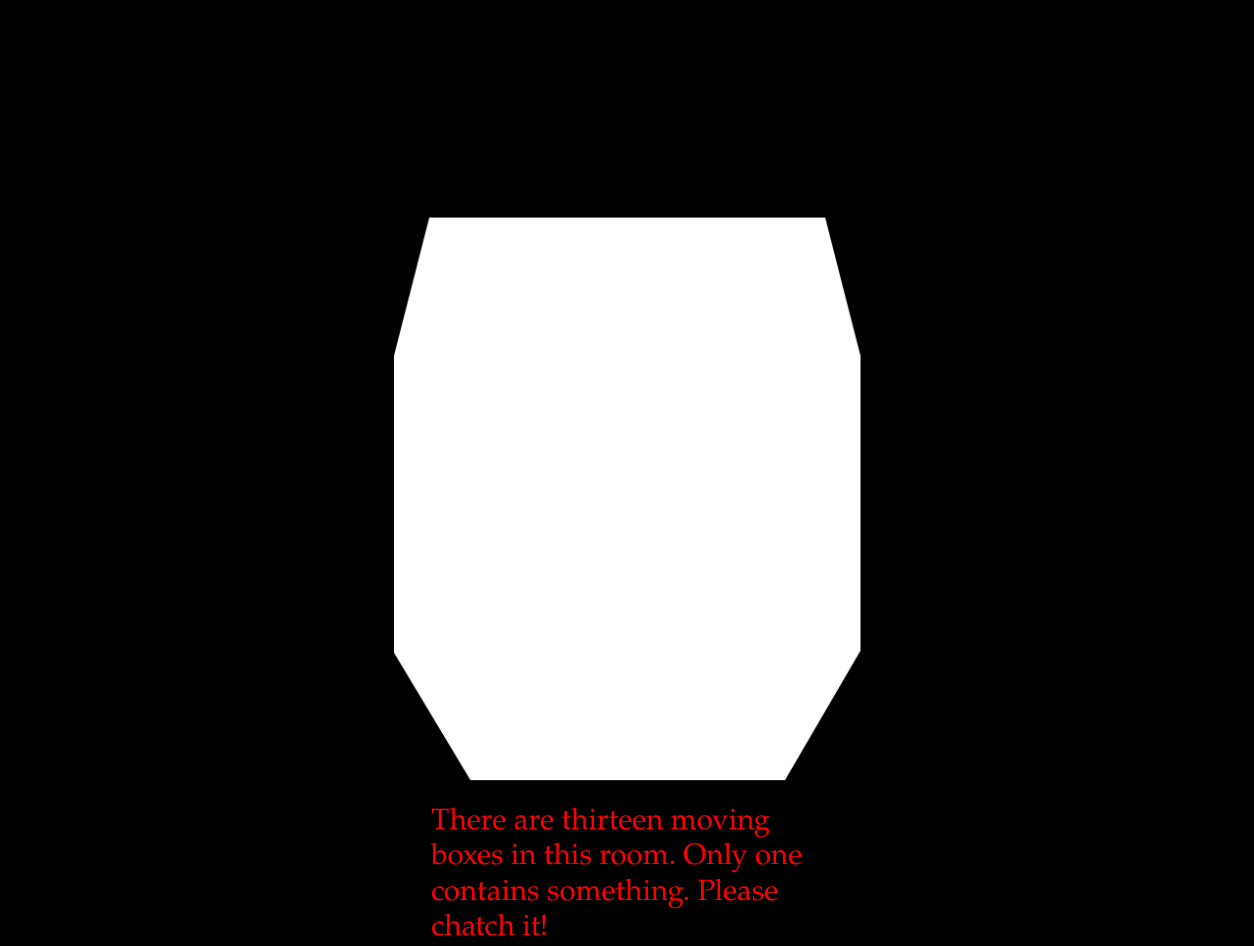
Repository: yiy225/yiy225.github.io
Page: final/b1.html
The author's editor kept a record of every edit. The page is drawn from the files as they stood at one moment, then again after the next edit.
The browser window is 1280 px wide. The pictures show the whole page, at 98% of full size.

Above is the page before.

### final/b1.html
<!DOCTYPE html>
<html>
   <head>
        <title>The Dance of Death</title>
        <link href="styles b.css" rel="stylesheet">
    </head>
    <body>
     <div class= div1></div>

     <div class= div2>
         <a herf= "page7" class= b1></a>
         <div class= b2></div>
         <div class= b3></div>
         <div class= b4></div>
         <div class= b5></div>
         <div class= b6></div>
         <div class= b7></div>
         <div class= b8></div>
         <div class= b9></div>
         <div class= b10></div>
         <div class= b11></div>
         <div class= b12></div>
         <div class= b13></div>
         <br>
         <br>
         <br>
         <br>
         <br>
         <br>
         <br>
         <br>
         <div class= c1>
         There are thirteen moving boxes in this room. Only one contains something. Please chatch it!
         </div>
         </div>

    </body>
</html>

### final/styles b.css
body {
    background-color: black;
    font-size: 30px;
    font-family: Garamond, serif;
    text-align: center;
    color: red;
}


.div1 {
    margin: 0px auto;
    width: 200px;
    height: 200px ;
    text-align: center;
    margin-left: auto;
    margin-right: auto;

}

.div2 {
    background-image: url(b.jpg);
    height: 600px;
    width: 800px;
    z-index: 100;
    margin-left: auto;
    margin-right: auto;
    text-align: left;

}

.b1 {
  background-color: black;
  display: block;
  width: 25px;
  height: 25px;
  position: relative;
  text-align: center;
  -webkit-animation: mymove1 14s linear 0s infinite alternate; /* Chrome, Safari, Opera */
  animation: mymove 14s linear 0s infinite alternate;
}

/* Chrome, Safari, Opera */
@-webkit-keyframes mymove1 {
  0% {left:420px; top:390px;}
  25% {left:160px; top:40px;}
  50% {left:260px; top:180px;}
  75% {left:610px; top:560px;}
  100% {left:590px; top:430px;}
}

/* Standard syntax */
@keyframes mymove1 {
  0% {left:420px; top:390px;}
  25% {left:160px; top:40px;}
  50% {left:260px; top:180px;}
  75% {left:610px; top:560px;}
  100% {left:590px; top:430px;}
}

.b2 {
  background-color: black;
  width: 25px;
  height: 25px;
  position: relative;
  text-align: center;
  -webkit-animation: mymove2 10s linear 0s infinite alternate; /* Chrome, Safari, Opera */
  animation: mymove 10s linear 0s infinite alternate;
}

/* Chrome, Safari, Opera */
@-webkit-keyframes mymove2 {
  0% {left:250px; top:580px;}
  25% {left:410px; top:230px;}
  50% {left:620px; top:560px;}
  75% {left:180px; top:20px;}
  100% {left:330px; top:90px;}
}

/* Standard syntax */
@keyframes mymove2 {
  0% {left:250px; top:580px;}
  25% {left:410px; top:230px;}
  50% {left:620px; top:560px;}
  75% {left:180px; top:20px;}
  100% {left:330px; top:90px;}
}

.b3 {
  background-color: black;
  width: 25px;
  height: 25px;
  position: relative;
  text-align: center;
  -webkit-animation: mymove3 8s linear 0s infinite alternate; /* Chrome, Safari, Opera */
  animation: mymove 8s linear 0s infinite alternate;
}

/* Chrome, Safari, Opera */
@-webkit-keyframes mymove3 {
  0% {left:210px; top:500px;}
  25% {left:190px; top:390px;}
  50% {left:620px; top:410px;}
  75% {left:590px; top:400px;}
  100% {left:260px; top:90px;}
}

/* Standard syntax */
@keyframes mymove3 {
  0% {left:210px; top:500px;}
  25% {left:190px; top:390px;}
  50% {left:620px; top:410px;}
  75% {left:590px; top:400px;}
  100% {left:260px; top:90px;}
}

.b4 {
  background-color: black;
  width: 25px;
  height: 25px;
  position: relative;
  text-align: center;
  -webkit-animation: mymove2 12s linear 0s infinite alternate; /* Chrome, Safari, Opera */
  animation: mymove 12s linear 0s infinite alternate;
}

/* Chrome, Safari, Opera */
@-webkit-keyframes mymove2 {
  0% {left:520px; top:80px;}
  25% {left:460px; top:290px;}
  50% {left:310px; top:50px;}
  75% {left:280px; top:120px;}
  100% {left:350px; top:530px;}
}

/* Standard syntax */
@keyframes mymove2 {
  0% {left:520px; top:80px;}
  25% {left:460px; top:290px;}
  50% {left:310px; top:50px;}
  75% {left:280px; top:120px;}
  100% {left:350px; top:530px;}
}

.b5 {
  background-color: black;
  width: 25px;
  height: 25px;
  position: relative;
  text-align: center;
  -webkit-animation: mymove3 7s linear 0s infinite alternate; /* Chrome, Safari, Opera */
  animation: mymove 7s linear 0s infinite alternate;
}

/* Chrome, Safari, Opera */
@-webkit-keyframes mymove3 {
  0% {left:590px; top:50px;}
  25% {left:290px; top:520px;}
  50% {left:490px; top:450px;}
  75% {left:160px; top:250px;}
  100% {left:230px; top:350px;}
}

/* Standard syntax */
@keyframes mymove3 {
  0% {left:590px; top:50px;}
  25% {left:290px; top:520px;}
  50% {left:490px; top:450px;}
  75% {left:160px; top:250px;}
  100% {left:230px; top:350px;}
}

.b6 {
  background-color: black;
  width: 25px;
  height: 25px;
  position: relative;
  text-align: center;
  -webkit-animation: mymove2 11s linear 0s infinite alternate; /* Chrome, Safari, Opera */
  animation: mymove 11s linear 0s infinite alternate;
}

/* Chrome, Safari, Opera */
@-webkit-keyframes mymove2 {
  0% {left:340px; top:50px;}
  25% {left:210px; top:290px;}
  50% {left:510px; top:490px;}
  75% {left:410px; top:160px;}
  100% {left:230px; top:580px;}
}

/* Standard syntax */
@keyframes mymove2 {
  0% {left:340px; top:50px;}
  25% {left:210px; top:290px;}
  50% {left:510px; top:490px;}
  75% {left:410px; top:160px;}
  100% {left:230px; top:580px;}
}

.b7 {
  background-color: black;
  width: 25px;
  height: 25px;
  position: relative;
  text-align: center;
  -webkit-animation: mymove3 9s linear 0s infinite alternate; /* Chrome, Safari, Opera */
  animation: mymove 9s linear 0s infinite alternate;
}

/* Chrome, Safari, Opera */
@-webkit-keyframes mymove3 {
  0% {left:440px; top:520px;}
  25% {left:220px; top:40px;}
  50% {left:610px; top:360px;}
  75% {left:340px; top:480px;}
  100% {left:210px; top:260px;}
}

/* Standard syntax */
@keyframes mymove3 {
  0% {left:440px; top:520px;}
  25% {left:220px; top:40px;}
  50% {left:610px; top:360px;}
  75% {left:340px; top:480px;}
  100% {left:210px; top:260px;}
}

.b8 {
  background-color: black;
  width: 25px;
  height: 25px;
  position: relative;
  text-align: center;
  -webkit-animation: mymove2 13s linear 0s infinite alternate; /* Chrome, Safari, Opera */
  animation: mymove 13s linear 0s infinite alternate;
}

/* Chrome, Safari, Opera */
@-webkit-keyframes mymove2 {
  0% {left:350px; top:190px;}
  25% {left:430px; top:560px;}
  50% {left:460px; top:120px;}
  75% {left:170px; top:280px;}
  100% {left:640px; top:370px;}
}

/* Standard syntax */
@keyframes mymove2 {
  0% {left:350px; top:190px;}
  25% {left:430px; top:560px;}
  50% {left:460px; top:120px;}
  75% {left:170px; top:280px;}
  100% {left:640px; top:370px;}
}

.b9 {
  background-color: black;
  width: 25px;
  height: 25px;
  position: relative;
  text-align: center;
  -webkit-animation: mymove3 14s linear 0s infinite alternate; /* Chrome, Safari, Opera */
  animation: mymove 14s linear 0s infinite alternate;
}

/* Chrome, Safari, Opera */
@-webkit-keyframes mymove3 {
  0% {left:240px; top:70px;}
  25% {left:490px; top:530px;}
  50% {left:390px; top:390px;}
  75% {left:210px; top:110px;}
  100% {left:330px; top:550px;}
}

/* Standard syntax */
@keyframes mymove3 {
  0% {left:240px; top:70px;}
  25% {left:490px; top:530px;}
  50% {left:390px; top:390px;}
  75% {left:210px; top:110px;}
  100% {left:330px; top:550px;}
}

.b10 {
  background-color: black;
  width: 25px;
  height: 25px;
  position: relative;
  text-align: center;
  -webkit-animation: mymove2 10s linear 0s infinite alternate; /* Chrome, Safari, Opera */
  animation: mymove 10s linear 0s infinite alternate;
}

/* Chrome, Safari, Opera */
@-webkit-keyframes mymove2 {
  0% {left:450px; top:520px;}
  25% {left:300px; top:320px;}
  50% {left:180px; top:10px;}
  75% {left:600px; top:480px;}
  100% {left:230px; top:100px;}
}

/* Standard syntax */
@keyframes mymove2 {
  0% {left:450px; top:520px;}
  25% {left:300px; top:320px;}
  50% {left:180px; top:10px;}
  75% {left:600px; top:480px;}
  100% {left:230px; top:100px;}
}

.b11 {
  background-color: black;
  width: 25px;
  height: 25px;
  position: relative;
  text-align: center;
  -webkit-animation: mymove3 16s linear 0s infinite alternate; /* Chrome, Safari, Opera */
  animation: mymove 16s linear 0s infinite alternate;
}

/* Chrome, Safari, Opera */
@-webkit-keyframes mymove3 {
  0% {left:340px; top:580px;}
  25% {left:380px; top:420px;}
  50% {left:190px; top:30px;}
  75% {left:470px; top:300px;}
  100% {left:200px; top:550px;}
}

/* Standard syntax */
@keyframes mymove3 {
  0% {left:340px; top:580px;}
  25% {left:380px; top:420px;}
  50% {left:190px; top:30px;}
  75% {left:470px; top:300px;}
  100% {left:200px; top:550px;}
}

.b12 {
  background-color: black;
  width: 25px;
  height: 25px;
  position: relative;
  text-align: center;
  -webkit-animation: mymove2 13s linear 0s infinite alternate; /* Chrome, Safari, Opera */
  animation: mymove 13s linear 0s infinite alternate;
}

/* Chrome, Safari, Opera */
@-webkit-keyframes mymove2 {
  0% {left:600px; top:260px;}
  25% {left:520px; top:430px;}
  50% {left:590px; top:240px;}
  75% {left:230px; top:190px;}
  100% {left:280px; top:540px;}
}

/* Standard syntax */
@keyframes mymove2 {
  0% {left:600px; top:260px;}
  25% {left:520px; top:430px;}
  50% {left:590px; top:240px;}
  75% {left:230px; top:190px;}
  100% {left:280px; top:540px;}
}

.b13 {
  background-color: black;
  width: 25px;
  height: 25px;
  position: relative;
  text-align: center;
  -webkit-animation: mymove3 15s linear 0s infinite alternate; /* Chrome, Safari, Opera */
  animation: mymove 15s linear 0s infinite alternate;
}

/* Chrome, Safari, Opera */
@-webkit-keyframes mymove3 {
  0% {left:310px; top:80px;}
  25% {left:490px; top:40px;}
  50% {left:630px; top:490px;}
  75% {left:190px; top:400px;}
  100% {left:290px; top:550px;}
}

/* Standard syntax */
@keyframes mymove3 {
  0% {left:310px; top:80px;}
  25% {left:490px; top:40px;}
  50% {left:630px; top:490px;}
  75% {left:190px; top:400px;}
  100% {left:290px; top:550px;}
}

.c1{
    width: 400px;
    height: 100px;
    position: relative;
    margin-left:auto;
    margin-right:auto;
}

After the next edit:
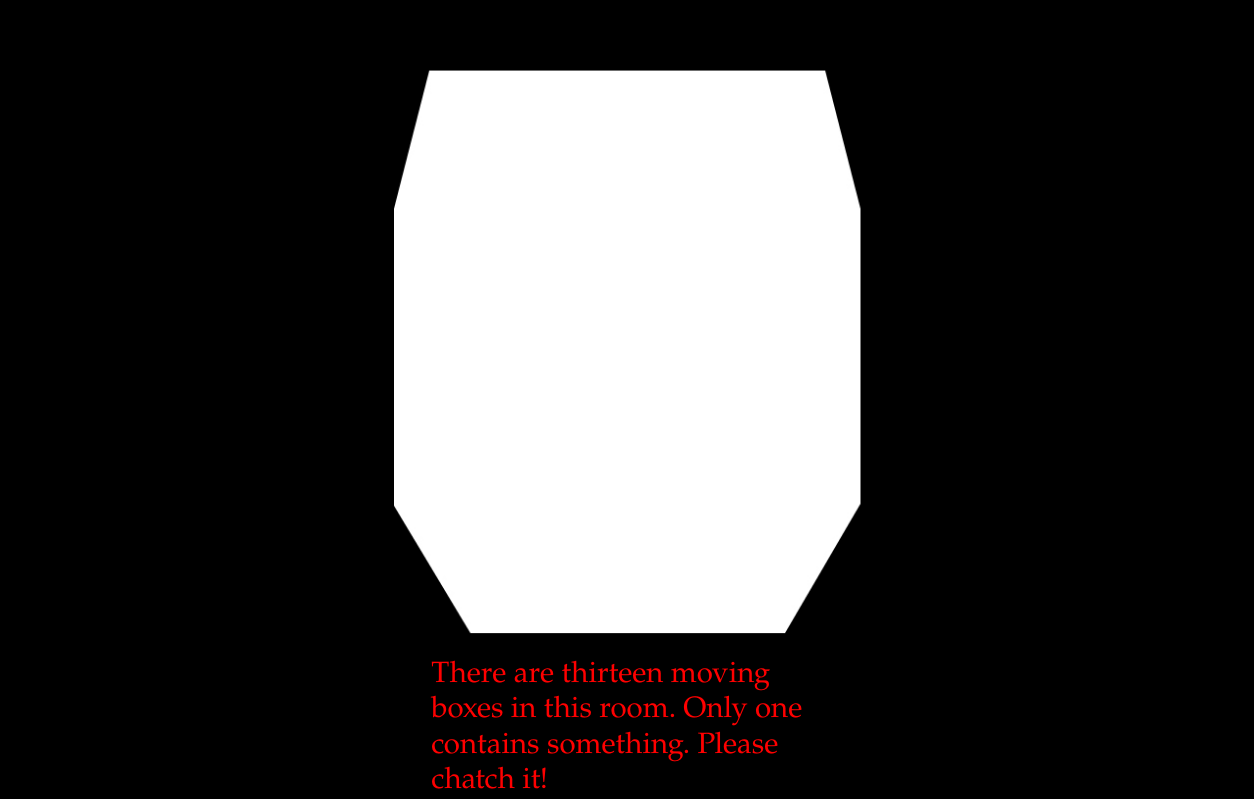
The edit:
--- a/final/styles b.css
+++ b/final/styles b.css
@@ -10,7 +10,7 @@
 .div1 {
     margin: 0px auto;
     width: 200px;
-    height: 200px ;
+    height: 50px ;
     text-align: center;
     margin-left: auto;
     margin-right: auto;
